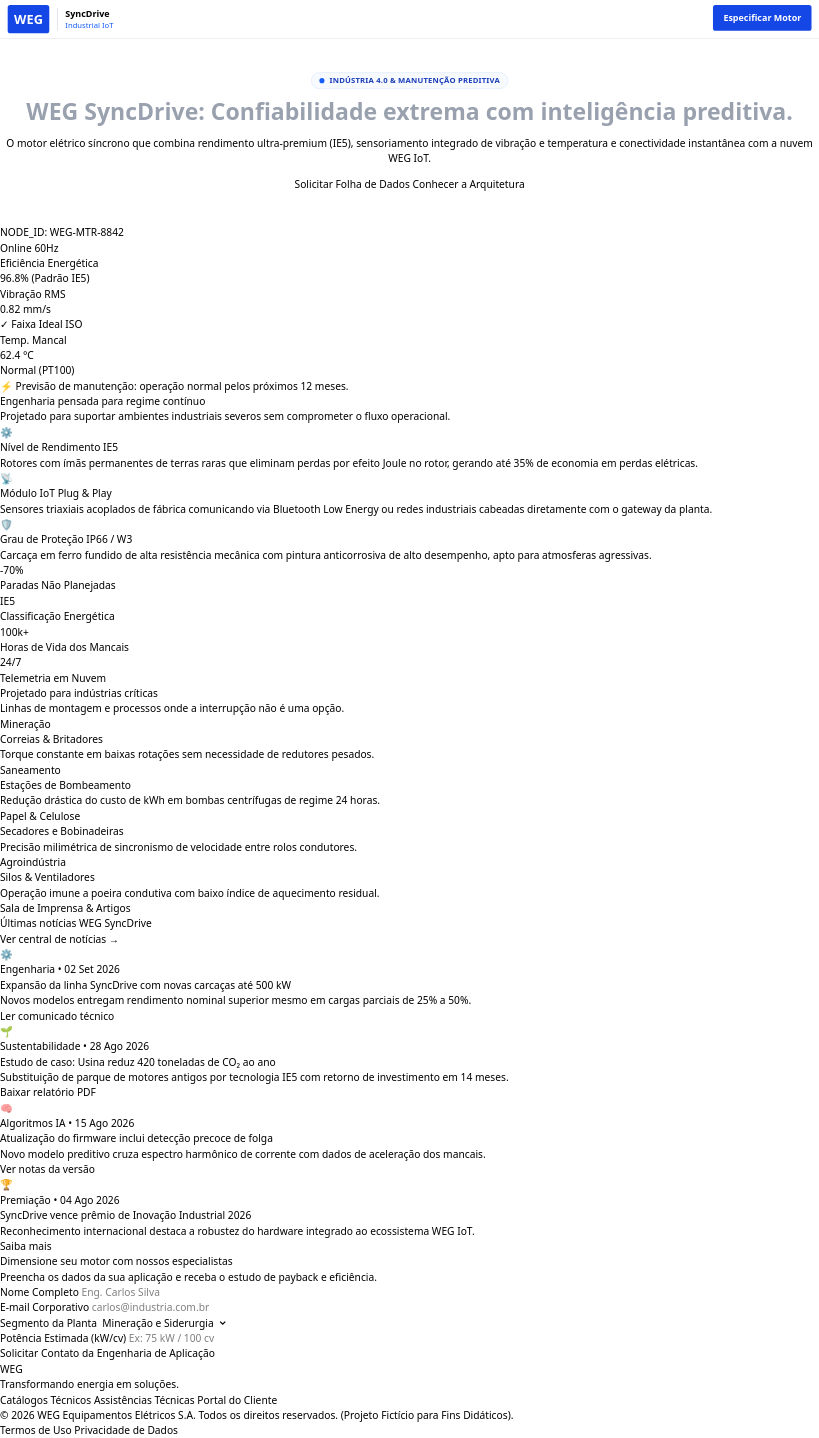
Repository: PatriciaHorst/tailwind-base
Page: index.html
The author's editor kept a copy of each file at every save. The page is drawn from the files as they stood at one save, then again after the next save.
The browser window is 1280 px wide. The pictures show the whole page, at 64% of full size.

Above is the page before, as saved 2026-09-08 20:01:53.

After the next save:
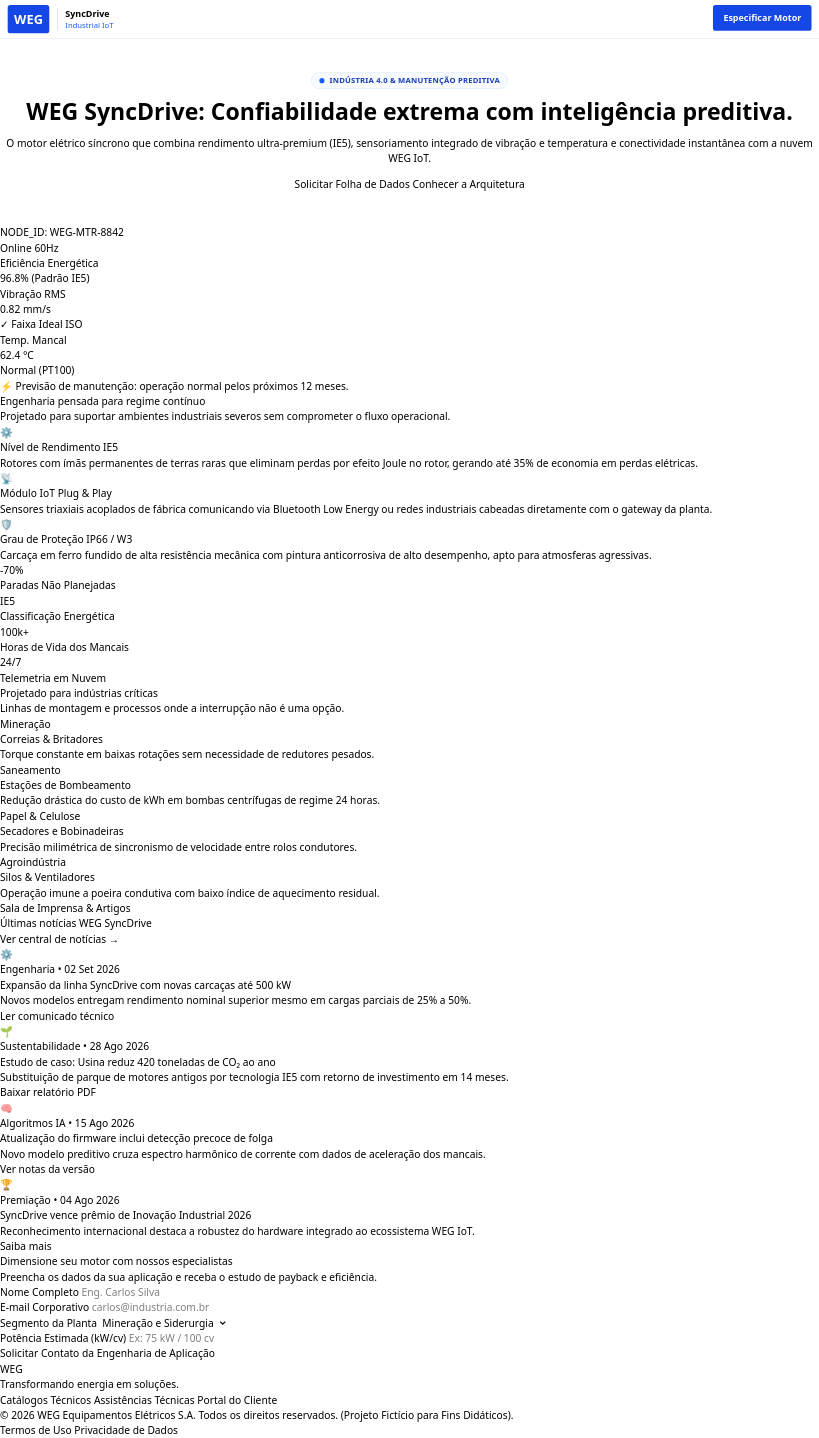
Saved 4 s later.
--- a/index.html
+++ b/index.html
@@ -60,7 +60,7 @@
               <span class="h-2 w-2 rounded-full bg-blue-600"></span>
               <span>INDÚSTRIA 4.0 & MANUTENÇÃO PREDITIVA</span>
             </div>
-            <h1 class="flex flex-col text-center text-gray-400 text-4xl font-black px-1 gap-2 ">WEG SyncDrive: Confiabilidade extrema com inteligência preditiva.</h1>
+            <h1 class="flex flex-col text-center text-gray text-4xl font-black px-1 gap-2 ">WEG SyncDrive: Confiabilidade extrema com inteligência preditiva.</h1>
             <p class=" mx-0.5 text-center">
               O motor elétrico síncrono que combina rendimento ultra-premium (IE5), sensoriamento integrado de vibração e temperatura e conectividade instantânea com a nuvem WEG IoT.
             </p>
